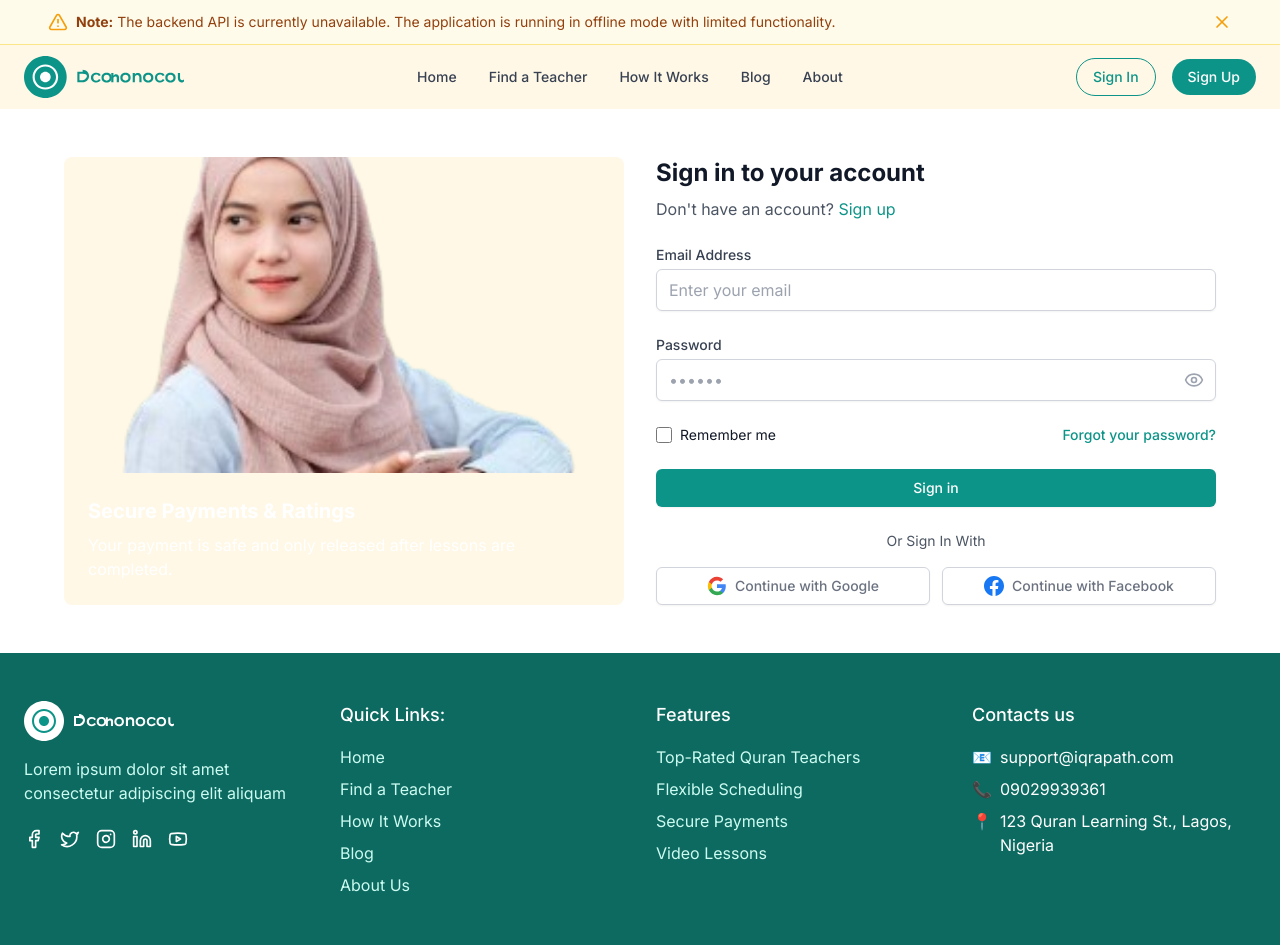
Repository: tafolabi009/originalq
Page: /auth/login
The author's editor kept a copy of each file at every save. The page is drawn from the files as they stood at one save, then again after a run of saves.
The browser window is 1280 px wide. The pictures show the whole page.
The page's requests for data from a server got no answer. The project was rebuilt for these pictures with package versions that can differ from the ones it lists, and the page was loaded fresh each time. The framework's server and built-in components were replaced by stand-ins that run in the browser. No one was signed in, and anything a server would have sent is missing. Also part of the build but not shown: next.config.mjs.

Above is the page before, as saved 2025-03-28 20:43:40.

### app/layout.tsx
import type React from "react"
import type { Metadata } from "next"
import { Inter } from "next/font/google"
import "./globals.css"
import { AuthProvider } from "@/contexts/AuthContext"
import { NetworkStatusBanner } from "@/components/ui/network-status-banner"

const inter = Inter({ subsets: ["latin"] })

export const metadata: Metadata = {
  title: "IqraPath - Connect with Expert Quran Teachers",
  description: "Find expert Quran tutors for kids and adults. Learn at your own pace, anytime, anywhere.",
    generator: 'v0.dev'
}

export default function RootLayout({
  children,
}: Readonly<{
  children: React.ReactNode
}>) {
  return (
    <html lang="en">
      <body className={inter.className}>
        <AuthProvider>
          <NetworkStatusBanner />
          {children}
        </AuthProvider>
      </body>
    </html>
  )
}



import './globals.css'

### app/auth/login/page.tsx
"use client"

import type React from "react"

import { useState } from "react"
import { useRouter } from "next/navigation"
import Link from "next/link"
import Image from "next/image"
import { useAuth } from "@/contexts/AuthContext"
import { Header } from "@/components/layout/header"
import { Footer } from "@/components/layout/footer"
import { Eye, EyeOff, Loader2 } from "lucide-react"

export default function LoginPage() {
  const router = useRouter()
  const { login } = useAuth()
  const [isLoading, setIsLoading] = useState(false)
  const [error, setError] = useState("")
  const [showPassword, setShowPassword] = useState(false)
  const [successMessage, setSuccessMessage] = useState("")
  const [formData, setFormData] = useState({
    email: "",
    password: "",
    rememberMe: false,
  })

  const handleChange = (e: React.ChangeEvent<HTMLInputElement>) => {
    const { name, value, type, checked } = e.target
    setFormData((prev) => ({
      ...prev,
      [name]: type === "checkbox" ? checked : value,
    }))
  }

  const handleSubmit = async (e: React.FormEvent) => {
    e.preventDefault()
    setError("")

    if (!formData.email || !formData.password) {
      setError("Email and password are required")
      return
    }

    setIsLoading(true)

    try {
      const { success, message } = await login(formData.email, formData.password)

      if (success) {
        setSuccessMessage(message)
        setTimeout(() => {
          router.push("/dashboard")
        }, 1500)
      } else {
        setError(message)
      }
    } catch (err) {
      console.error("Login error:", err)
      setError("An unexpected error occurred. The API may be unavailable. Please try again later.")
    } finally {
      setIsLoading(false)
    }
  }

  return (
    <div className="min-h-screen flex flex-col">
      <Header />
      <main className="flex-1 py-12 px-4 sm:px-6 lg:px-8 bg-white">
        <div className="max-w-6xl mx-auto">
          <div className="grid grid-cols-1 md:grid-cols-2 gap-8">
            {/* Left side - Image and text */}
            <div className="bg-[#FFF8E7] rounded-lg overflow-hidden">
              <div className="relative h-full">
                <div className="h-full flex flex-col">
                  <div className="relative flex-1 min-h-[300px]">
                    <Image
                      src="/images/female-teacher.png"
                      alt="Female Teacher"
                      fill
                      className="object-cover"
                    />
                  </div>
                  <div className="p-6 bg-[transparant] text-white">
                    <h3 className="text-xl font-bold mb-2">Secure Payments & Ratings</h3>
                    <p>Your payment is safe and only released after lessons are completed.</p>
                  </div>
                </div>
              </div>
            </div>

            {/* Right side - Login form */}
            <div>
              <h2 className="text-2xl font-bold text-gray-900 mb-2">Sign in to your account</h2>
              <p className="text-gray-600 mb-6">
                Don't have an account?{" "}
                <Link href="/auth/register" className="text-[#0D9488]">
                  Sign up
                </Link>
              </p>

              {error && (
                <div className="bg-red-50 border-l-4 border-red-500 p-4 mb-6">
                  <div className="flex">
                    <div className="ml-3">
                      <p className="text-sm text-red-700">{error}</p>
                    </div>
                  </div>
                </div>
              )}

              {successMessage && (
                <div className="bg-green-50 border-l-4 border-green-500 p-4 mb-6">
                  <div className="flex">
                    <div className="ml-3">
                      <p className="text-sm text-green-700">{successMessage}</p>
                    </div>
                  </div>
                </div>
              )}

              <form onSubmit={handleSubmit} className="space-y-6">
                <div>
                  <label htmlFor="email" className="block text-sm font-medium text-gray-700 mb-1">
                    Email Address
                  </label>
                  <input
                    id="email"
                    name="email"
                    type="email"
                    autoComplete="email"
                    required
                    className="block w-full px-3 py-2 border border-gray-300 rounded-md shadow-sm focus:outline-none focus:ring-teal-500 focus:border-teal-500"
                    placeholder="Enter your email"
                    value={formData.email}
                    onChange={handleChange}
                    disabled={isLoading}
                  />
                </div>

                <div>
                  <label htmlFor="password" className="block text-sm font-medium text-gray-700 mb-1">
                    Password
                  </label>
                  <div className="relative">
                    <input
                      id="password"
                      name="password"
                      type={showPassword ? "text" : "password"}
                      autoComplete="current-password"
                      required
                      className="block w-full px-3 py-2 border border-gray-300 rounded-md shadow-sm focus:outline-none focus:ring-teal-500 focus:border-teal-500"
                      placeholder="••••••"
                      value={formData.password}
                      onChange={handleChange}
                      disabled={isLoading}
                    />
                    <button
                      type="button"
                      className="absolute inset-y-0 right-0 pr-3 flex items-center"
                      onClick={() => setShowPassword(!showPassword)}
                    >
                      {showPassword ? (
                        <EyeOff className="h-5 w-5 text-gray-400" />
                      ) : (
                        <Eye className="h-5 w-5 text-gray-400" />
                      )}
                    </button>
                  </div>
                </div>

                <div className="flex items-center justify-between">
                  <div className="flex items-center">
                    <input
                      id="rememberMe"
                      name="rememberMe"
                      type="checkbox"
                      className="h-4 w-4 text-teal-600 focus:ring-teal-500 border-gray-300 rounded"
                      checked={formData.rememberMe}
                      onChange={handleChange}
                    />
                    <label htmlFor="rememberMe" className="ml-2 block text-sm text-gray-900">
                      Remember me
                    </label>
                  </div>

                  <div className="text-sm">
                    <Link href="/auth/forgot-password" className="font-medium text-[#0D9488]">
                      Forgot your password?
                    </Link>
                  </div>
                </div>

                <button
                  type="submit"
                  disabled={isLoading}
                  className="w-full flex justify-center py-2 px-4 border border-transparent rounded-md shadow-sm text-sm font-medium text-white bg-[#0D9488] hover:bg-teal-700 focus:outline-none focus:ring-2 focus:ring-offset-2 focus:ring-teal-500 disabled:opacity-50"
                >
                  {isLoading ? (
                    <>
                      <Loader2 className="animate-spin -ml-1 mr-2 h-4 w-4" />
                      Signing in...
                    </>
                  ) : (
                    "Sign in"
                  )}
                </button>
              </form>

              <div className="mt-6 text-center">
                <p className="text-sm text-gray-600">Or Sign In With</p>
                <div className="mt-4 grid grid-cols-2 gap-3">
                  <button
                    type="button"
                    className="w-full inline-flex justify-center py-2 px-4 border border-gray-300 rounded-md shadow-sm bg-white text-sm font-medium text-gray-500 hover:bg-gray-50"
                  >
                    <svg className="w-5 h-5 mr-2" viewBox="0 0 24 24" fill="none">
                      <path
                        d="M22.56 12.25c0-.78-.07-1.53-.2-2.25H12v4.26h5.92c-.26 1.37-1.04 2.53-2.21 3.31v2.77h3.57c2.08-1.92 3.28-4.74 3.28-8.09z"
                        fill="#4285F4"
                      />
                      <path
                        d="M12 23c2.97 0 5.46-.98 7.28-2.66l-3.57-2.77c-.98.66-2.23 1.06-3.71 1.06-2.86 0-5.29-1.93-6.16-4.53H2.18v2.84C3.99 20.53 7.7 23 12 23z"
                        fill="#34A853"
                      />
                      <path
                        d="M5.84 14.09c-.22-.66-.35-1.36-.35-2.09s.13-1.43.35-2.09V7.07H2.18C1.43 8.55 1 10.22 1 12s.43 3.45 1.18 4.93l2.85-2.22.81-.62z"
                        fill="#FBBC05"
                      />
                      <path
                        d="M12 5.38c1.62 0 3.06.56 4.21 1.64l3.15-3.15C17.45 2.09 14.97 1 12 1 7.7 1 3.99 3.47 2.18 7.07l3.66 2.84c.87-2.6 3.3-4.53 6.16-4.53z"
                        fill="#EA4335"
                      />
                    </svg>
                    Continue with Google
                  </button>
                  <button
                    type="button"
                    className="w-full inline-flex justify-center py-2 px-4 border border-gray-300 rounded-md shadow-sm bg-white text-sm font-medium text-gray-500 hover:bg-gray-50"
                  >
                    <svg className="w-5 h-5 mr-2" fill="#1877F2" viewBox="0 0 24 24">
                      <path d="M24 12.073c0-6.627-5.373-12-12-12s-12 5.373-12 12c0 5.99 4.388 10.954 10.125 11.854v-8.385H7.078v-3.47h3.047V9.43c0-3.007 1.792-4.669 4.533-4.669 1.312 0 2.686.235 2.686.235v2.953H15.83c-1.491 0-1.956.925-1.956 1.874v2.25h3.328l-.532 3.47h-2.796v8.385C19.612 23.027 24 18.062 24 12.073z" />
                    </svg>
                    Continue with Facebook
                  </button>
                </div>
              </div>
            </div>
          </div>
        </div>
      </main>
      <Footer />
    </div>
  )
}

### components/ui/network-status-banner.tsx
"use client"

import { useState, useEffect } from "react"
import { AlertTriangle, X } from "lucide-react"

export function NetworkStatusBanner() {
  const [isApiAvailable, setIsApiAvailable] = useState(true)
  const [isVisible, setIsVisible] = useState(false)
  const apiUrl = process.env.NEXT_PUBLIC_API_URL || "http://localhost/api"

  useEffect(() => {
    const checkApiStatus = async () => {
      try {
        const response = await fetch(`${apiUrl}/ping.php`, {
          method: "GET",
          headers: {
            "Content-Type": "application/json",
          },
          signal: AbortSignal.timeout(3000),
        })

        const data = await response.json()
        setIsApiAvailable(response.ok && data.status === "success")
        setIsVisible(!response.ok || data.status !== "success")
      } catch (error) {
        console.warn("API check failed:", error)
        setIsApiAvailable(false)
        setIsVisible(true)
      }
    }

    checkApiStatus()

    // Check API status periodically
    const intervalId = setInterval(checkApiStatus, 60000) // Check every minute

    return () => clearInterval(intervalId)
  }, [apiUrl])

  if (!isVisible) return null

  return (
    <div className="bg-amber-50 border-b border-amber-200 px-4 py-3">
      <div className="container mx-auto flex items-center justify-between">
        <div className="flex items-center">
          <AlertTriangle className="h-5 w-5 text-amber-500 mr-2" />
          <p className="text-sm text-amber-800">
            <strong>Note:</strong> The backend API is currently unavailable. The application is running in offline mode
            with limited functionality.
          </p>
        </div>
        <button
          onClick={() => setIsVisible(false)}
          className="text-amber-500 hover:text-amber-700"
          aria-label="Dismiss"
        >
          <X className="h-5 w-5" />
        </button>
      </div>
    </div>
  )
}

### components/layout/footer.tsx
import Link from "next/link"
import Image from "next/image"
import { Facebook, Instagram, Linkedin, Twitter, Youtube } from "lucide-react"

export function Footer() {
  return (
    <footer className="bg-[#0D6A61] text-white py-12 px-6 mt-auto">
      <div className="max-w-7xl mx-auto grid grid-cols-1 md:grid-cols-4 gap-8">
        <div>
          <Image src="/logo-white.svg" alt="IqraPath Logo" width={150} height={40} className="h-10 w-auto mb-4" />
          <p className="text-teal-100 mb-6">Lorem ipsum dolor sit amet consectetur adipiscing elit aliquam</p>
          <div className="flex gap-4">
            <a href="#" className="text-white hover:text-teal-200 transition-colors" aria-label="Facebook">
              <Facebook size={20} />
            </a>
            <a href="#" className="text-white hover:text-teal-200 transition-colors" aria-label="Twitter">
              <Twitter size={20} />
            </a>
            <a href="#" className="text-white hover:text-teal-200 transition-colors" aria-label="Instagram">
              <Instagram size={20} />
            </a>
            <a href="#" className="text-white hover:text-teal-200 transition-colors" aria-label="LinkedIn">
              <Linkedin size={20} />
            </a>
            <a href="#" className="text-white hover:text-teal-200 transition-colors" aria-label="YouTube">
              <Youtube size={20} />
            </a>
          </div>
        </div>

        <div>
          <h3 className="text-lg font-medium mb-4">Quick Links:</h3>
          <ul className="space-y-2">
            <li>
              <Link href="/" className="text-teal-100 hover:text-white transition-colors">
                Home
              </Link>
            </li>
            <li>
              <Link href="/find-teacher" className="text-teal-100 hover:text-white transition-colors">
                Find a Teacher
              </Link>
            </li>
            <li>
              <Link href="/how-it-works" className="text-teal-100 hover:text-white transition-colors">
                How It Works
              </Link>
            </li>
            <li>
              <Link href="/blog" className="text-teal-100 hover:text-white transition-colors">
                Blog
              </Link>
            </li>
            <li>
              <Link href="/about" className="text-teal-100 hover:text-white transition-colors">
                About Us
              </Link>
            </li>
          </ul>
        </div>

        <div>
          <h3 className="text-lg font-medium mb-4">Features</h3>
          <ul className="space-y-2">
            <li>
              <Link href="#" className="text-teal-100 hover:text-white transition-colors">
                Top-Rated Quran Teachers
              </Link>
            </li>
            <li>
              <Link href="#" className="text-teal-100 hover:text-white transition-colors">
                Flexible Scheduling
              </Link>
            </li>
            <li>
              <Link href="#" className="text-teal-100 hover:text-white transition-colors">
                Secure Payments
              </Link>
            </li>
            <li>
              <Link href="#" className="text-teal-100 hover:text-white transition-colors">
                Video Lessons
              </Link>
            </li>
          </ul>
        </div>

        <div>
          <h3 className="text-lg font-medium mb-4">Contacts us</h3>
          <ul className="space-y-2">
            <li className="flex items-start gap-2">
              <span aria-hidden="true">📧</span>
              <span>support@iqrapath.com</span>
            </li>
            <li className="flex items-start gap-2">
              <span aria-hidden="true">📞</span>
              <span>09029939361</span>
            </li>
            <li className="flex items-start gap-2">
              <span aria-hidden="true">📍</span>
              <span>123 Quran Learning St., Lagos, Nigeria</span>
            </li>
          </ul>
        </div>
      </div>
    </footer>
  )
}

### tailwind.config.ts
import type { Config } from "tailwindcss"

const config: Config = {
  content: [
    "./pages/**/*.{js,ts,jsx,tsx,mdx}",
    "./components/**/*.{js,ts,jsx,tsx,mdx}",
    "./app/**/*.{js,ts,jsx,tsx,mdx}",
    "*.{js,ts,jsx,tsx,mdx}",
  ],
  theme: {
    container: {
      center: true,
      padding: "2rem",
      screens: {
        "2xl": "1400px",
      },
    },
    extend: {
      colors: {
        border: "hsl(var(--border))",
        input: "hsl(var(--input))",
        ring: "hsl(var(--ring))",
        background: "hsl(var(--background))",
        foreground: "hsl(var(--foreground))",
        primary: {
          DEFAULT: "hsl(var(--primary))",
          foreground: "hsl(var(--primary-foreground))",
        },
        secondary: {
          DEFAULT: "hsl(var(--secondary))",
          foreground: "hsl(var(--secondary-foreground))",
        },
        destructive: {
          DEFAULT: "hsl(var(--destructive))",
          foreground: "hsl(var(--destructive-foreground))",
        },
        muted: {
          DEFAULT: "hsl(var(--muted))",
          foreground: "hsl(var(--muted-foreground))",
        },
        accent: {
          DEFAULT: "hsl(var(--accent))",
          foreground: "hsl(var(--accent-foreground))",
        },
        popover: {
          DEFAULT: "hsl(var(--popover))",
          foreground: "hsl(var(--popover-foreground))",
        },
        card: {
          DEFAULT: "hsl(var(--card))",
          foreground: "hsl(var(--card-foreground))",
        },
      },
      borderRadius: {
        lg: "var(--radius)",
        md: "calc(var(--radius) - 2px)",
        sm: "calc(var(--radius) - 4px)",
      },
      keyframes: {
        "accordion-down": {
          from: { height: "0" },
          to: { height: "var(--radix-accordion-content-height)" },
        },
        "accordion-up": {
          from: { height: "var(--radix-accordion-content-height)" },
          to: { height: "0" },
        },
      },
      animation: {
        "accordion-down": "accordion-down 0.2s ease-out",
        "accordion-up": "accordion-up 0.2s ease-out",
      },
    },
  },
  plugins: [require("tailwindcss-animate")],
}

export default config

Loaded but not shown: lib/utils.ts (common file); contexts/AuthContext.tsx (326 lines, source omitted); components/layout/header.tsx (188 lines, source omitted); app/globals.css (263 lines, source omitted)

After the next 7 saves:
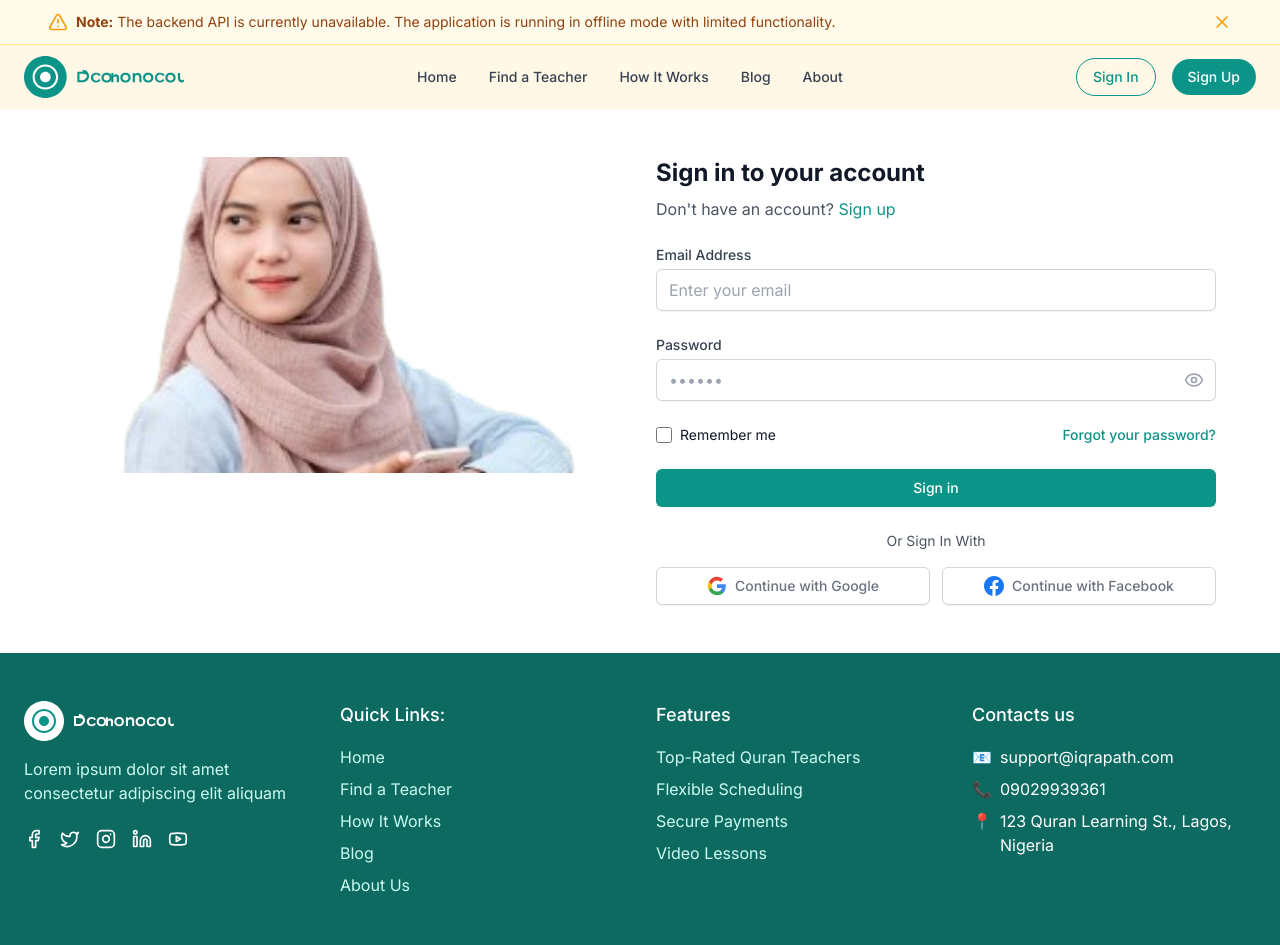
The 7 saves are shown as one change because they came seconds apart.
The last was saved 37 s later.
--- a/app/auth/login/page.tsx
+++ b/app/auth/login/page.tsx
@@ -69,7 +69,7 @@ export default function LoginPage() {
         <div className="max-w-6xl mx-auto">
           <div className="grid grid-cols-1 md:grid-cols-2 gap-8">
             {/* Left side - Image and text */}
-            <div className="bg-[#FFF8E7] rounded-lg overflow-hidden">
+            <div className="bg-[transparent] rounded-lg overflow-hidden">
               <div className="relative h-full">
                 <div className="h-full flex flex-col">
                   <div className="relative flex-1 min-h-[300px]">
